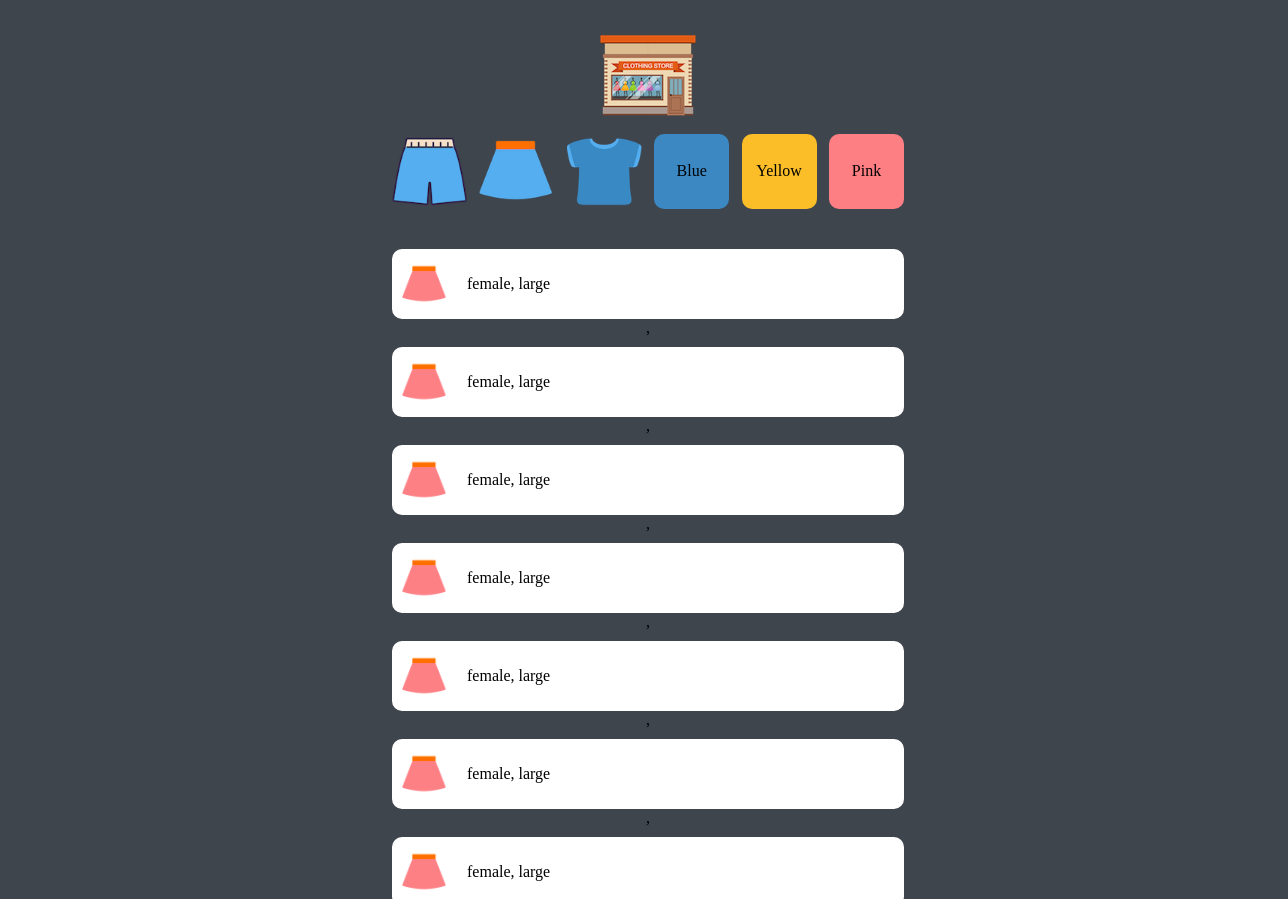
Repository: Jay-JYKim91/elle-shopping-mall
Page: index.html
These files come from the project's save history. The page is drawn as it stood at one moment and after the next save; the edit follows.
The browser window is 1280 px wide. The page is 1288 px wide, so the pictures cover 1288 px, including what lies to the right of the window. The pictures show the whole page.
Pictures or frames that could not be fetched are drawn as grey boxes. An inner scrolling area shows only its first screen.

Above is the page before, as saved 2021-07-26 20:07:29.

### index.html
<!DOCTYPE html>
<html lang="en">
  <head>
    <meta charset="UTF-8" />
    <meta name="viewport" content="width=device-width, initial-scale=1.0" />
    <title>Online Shopping</title>
    <link rel="stylesheet" href="style.css" />
    <script src="src/main.js" defer></script>
  </head>
  <body>
    <div class="container">
      <div class="logo">
        <img src="./img/logo.png" alt="logo">
      </div>
      <div class="options">
        <img src="./img/blue_p.png" alt="blue pants">
        <img src="./img/blue_s.png" alt="blue skirt">
        <img src="./img/blue_t.png" alt="blue t-shirt">
        <div class="color-box blue"><p>Blue</p></div>
        <div class="color-box yellow"><p>Yellow</p></div>
        <div class="color-box pink"><p>Pink</p></div>
      </div>
      <div class="lists">
        <ul>

        </ul>
      </div>
    </div>
  </body>
</html>

### style.css
:root {
  /* color */
  --color-black: #3f454d;
  --color-white: #ffffff;
  --color-blue: #3b88c3;
  --color-yellow: #fbbe28;
  --color-pink: #fd7f84;
  --color-light-grey: #dfdfdf;
}

* {
  box-sizing: border-box;
}
body {
  background-color: var(--color-black);
  height: 90vh;
  width: 100vw;
}
.container {
  text-align: center;
  width: 40%;
  height: 70vh;
  margin: 30px auto;
}
.options {
  display: flex;
  justify-content: space-between;
}
.options img {
  width: 75px;
  height: 75px;
  transition: transform 300ms;
}
.options img:hover {
  transform: scale(1.1);
}
.color-box {
  width: 75px;
  height: 75px;
  text-align: center;
  border-radius: 10px;
  transition: transform 300ms;
}
.color-box:hover {
  transform: scale(1.1);
}
.color-box p {
  margin: 28px 0;
}
.blue {
  background-color: var(--color-blue);
}
.yellow {
  background-color: var(--color-yellow);
}
.pink {
  background-color: var(--color-pink);
}
.lists {
  height: 660px;
  overflow-y: scroll;
  padding: 0;
  margin-top: 30px;
}
.lists::-webkit-scrollbar {
  display: none;
}
ul {
  list-style: none;
  padding: 0;
}
.list {
  background-color: var(--color-white);
  width: 100%;
  padding: 10px;
  display: flex;
  align-items: center;
  margin-top: 10px;
  border-radius: 10px;
}
.list img {
  width: 45px;
  height: 45px;
  margin-right: 20px;
}

### src/main.js
function loadItems() {
    return fetch('data/data.json')
    .then(response => response.json())
    .then(json => json.items);
}

function displayItems(items) {
    const lists = document.querySelector('.lists');
    lists.innerHTML = items.map(item => createHTMLString(item));
}
function createHTMLString(item) {
    return `
        <li class="list">
        <img src="./img/pink_s.png" alt="">
        <div class="description">
        <p>female, large</p>
        </div>
        </li>
    `
}
loadItems()
.then(items => {
    displayItems(items);
    // setEventListeners(items);
})
.catch(console.log);

### data/data.json
{
    "items": [
        {
            "type": "pants",
            "gender": "female",
            "size": "large",
            "color": "blue",
            "image": "../img/blue_p.png"
        },
        {
            "type": "skirt",
            "gender": "female",
            "size": "large",
            "color": "blue",
            "image": "../img/blue_s.png"
        },
        {
            "type": "tshirt",
            "gender": "male",
            "size": "large",
            "color": "blue",
            "image": "../img/blue_t.png"
        },
        {
            "type": "pants",
            "gender": "female",
            "size": "large",
            "color": "pink",
            "image": "../img/pink_p.png"
        },
        {
            "type": "skirt",
            "gender": "female",
            "size": "large",
            "color": "pink",
            "image": "../img/pink_s.png"
        },
        {
            "type": "tshirt",
            "gender": "female",
            "size": "large",
            "color": "pink",
            "image": "../img/pink_t.png"
        },
        {
            "type": "pants",
            "gender": "male",
            "size": "large",
            "color": "yellow",
            "image": "../img/yellow_p.png"
        },
        {
            "type": "skirt",
            "gender": "female",
            "size": "large",
            "color": "yellow",
            "image": "../img/yellow_s.png"
        },
        {
            "type": "tshirt",
            "gender": "female",
            "size": "large",
            "color": "yellow",
            "image": "../img/yellow_t.png"
        }
    ]
}

After the next save:
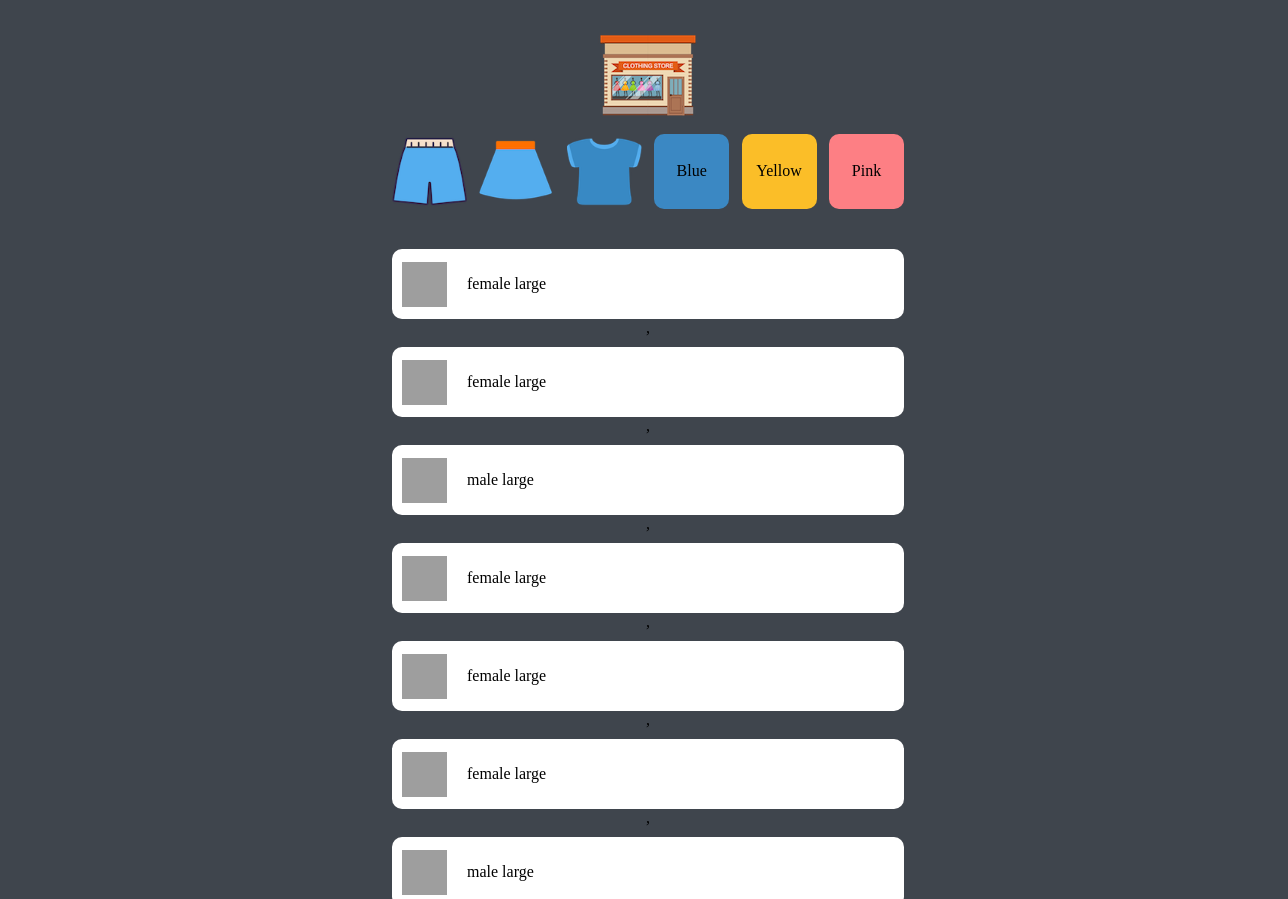
Saved 93 s later.
--- a/src/main.js
+++ b/src/main.js
@@ -11,10 +11,10 @@ function displayItems(items) {
 function createHTMLString(item) {
     return `
         <li class="list">
-        <img src="./img/pink_s.png" alt="">
-        <div class="description">
-        <p>female, large</p>
-        </div>
+            <img src="./img/${item.img}" alt="${item.img}">
+            <div class="description">
+                <p>${item.gender} ${item.size}</p>
+            </div>
         </li>
     `
 }
